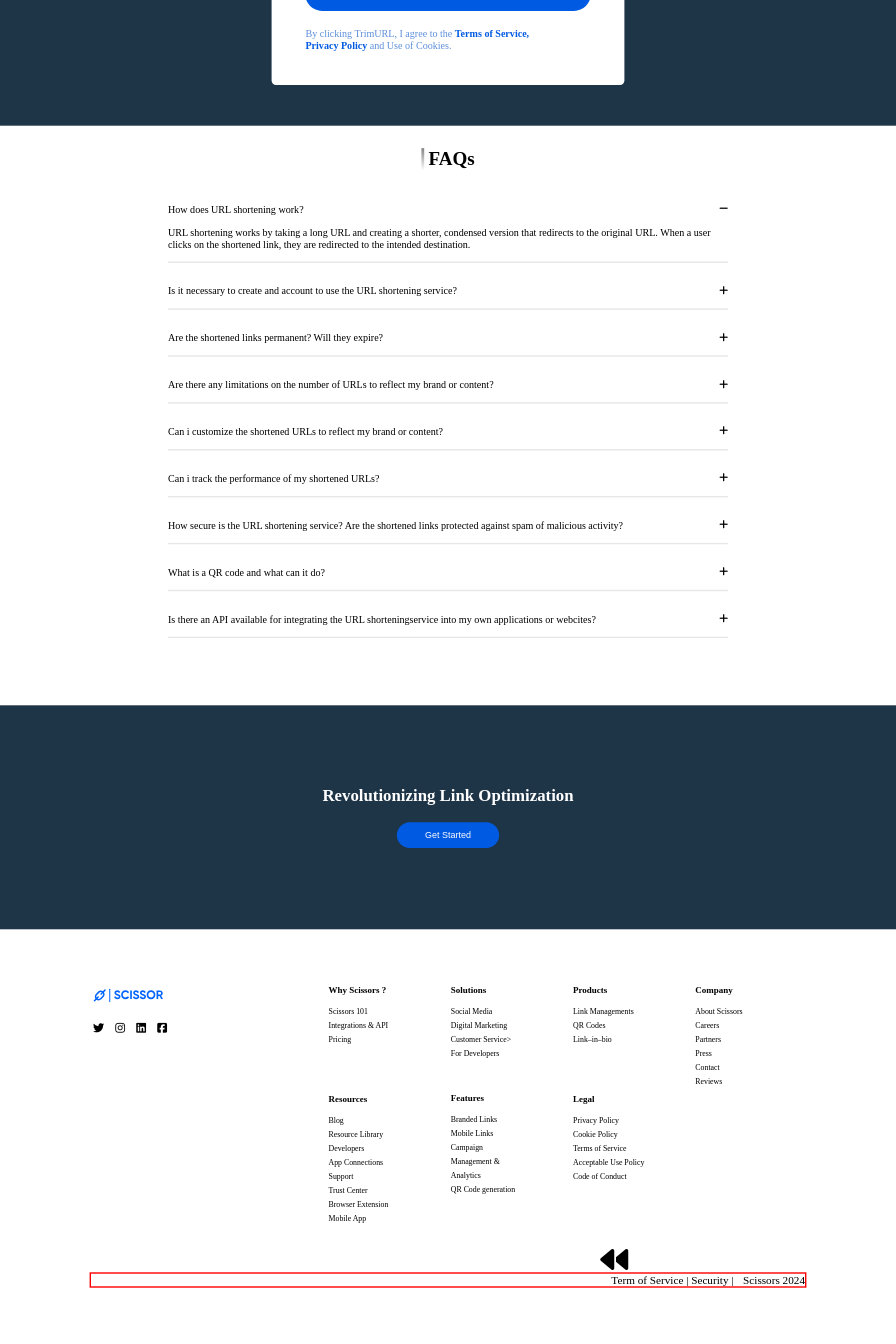
Repository: dark-txch/ass-1-6
Page: src/pages/scissors.html
An editor plug-in stored every save of this project. The page is shown before and after a run of saves, followed by the edit.
The browser window is 1280 px wide. The pictures show the part of the page from y = 2481 to 4401 px (the page is 4401 px tall), at 70% of full size.
Some web libraries are served in a nearby version.

Above is the page before, as saved 2024-11-29 15:37:22.

### src/pages/scissors.html
<html lang="en">
	<head>
		<meta charset="UTF-8" />
		<meta name="viewport" content="width=device-width, initial-scale=1.0" />

		<!--  main style link  -->
		<link rel="stylesheet" href="../styles/scissors/scissors.css" />

		<!--  media style link  -->
		<link rel="stylesheet" href="../styles/scissors/mediaq.css" />

		<!--  favicon  -->
		<link rel="icon" href="/assets/C-Favicon/Dark-favicon_io/favicon.ico" />

		<!--  font awesome  -->
		<script
			src="https://kit.fontawesome.com/5a7bfc222a.js"
			crossorigin="anonymous"
		></script>

		<!--  title  -->
		<title>Scissors</title>
	</head>

	<!--  body  -->
	<body>
		<main>
			<!--  header houses the nav section and  -->
			<section id="headSection">
				<nav id="navigationBlock">
					<!--  container for the img/svg -->
					<span class="imgBox">
						<img src="/assets/scissors/Logo.svg" alt="" />
					</span>
					<!--  -------------unordered list center ul -->
					<ul class="uL-center">
						<li>My URLs</li>
						<li>
							<span>Features</span>
							<i class="fa-solid fa-chevron-down"></i>
						</li>
						<li>Pricing</li>
						<li>Analytics</li>
						<li>FAQs</li>
					</ul>
					<!--  end ul -->
					<ul class="ul-end">
						<li>Log in</li>
						<li>Try for free</li>
					</ul>
				</nav>
				<!-- ------------------ header body div ----------------- -->
				<div id="headerBody">
					<h1 id="textCap">
						optimize your online experience with our advanced
						<span>URL shortening</span>
						solution
						<img src="/assets/scissors/Vector 3.svg" alt="" />
					</h1>
					<p>
						Personalized your shortened URLs to align with your brand identity.
						Utilize custom slugs, branded links, and domain customization
						options to reinforce your brand presence and enhance user
						engagement.
					</p>
					<div id="signupBlue">
						<span>Sign Up</span>
						<span>Learn more</span>
					</div>
				</div>
				<!-- --------------------------- One stop four section  -->
				<section id="oneStopFour">
					<div class="sideNote">
						<span
							><img src="/assets/scissors/Frame 1000001716.svg" alt=""
						/></span>
						<div class="paraContainer">
							<p>
								Seamlessly transform your long URLs into concise and shareable
								links with just few clicks.
							</p>
						</div>
					</div>
					<span><img src="/assets/scissors/Vector 2.png" alt="" /></span>
				</section>
				<!-- -------------------------One stop possibilities desk ---- -->
				<div id="oneStopFourDesk">
					<span>
						<img src="/assets/scissors/Rectangle 9.png" alt="Rectangle" />
					</span>
					<span>
						<img src="/assets/scissors/Ellipse 1.png" alt="Ellipse" />
					</span>
				</div>
			</section>

			<!-- -------------- One stop possibilities section --------------- -->
			<section id="oneStopFourPossibilities">
				<div class="oneStopFlex">
					<h2>one stop. <br />four <span>possibilities</span>&#46;</h2>
					<ul>
						<li>
							<h5>3m</h5>
							<p>Active Users</p>
						</li>
						<li>
							<h5>60m</h5>
							<p>Links &#38; QR <br />codes created</p>
						</li>
						<li>
							<h5>1B</h5>
							<p>Clicked &#38; Scanned <br />connection</p>
						</li>
						<li>
							<h5>300k</h5>
							<p>App Integrations</p>
						</li>
					</ul>
				</div>
				<!-- --------------------------Why choose scissors--------- -->
				<div id="whyScissors">
					<div class="scissors">
						<h2>Why choose <span>Scissors</span></h2>
						<p>
							Scissors is the hub of everything that as to do with your link
							management. We shorten your URLs, allow you to create custom ones
							for your personal, business, event usage. Our swift QR code
							creation, managementand usage tracking with advance analytics for
							all of these is second to none.
						</p>
					</div>
					<!--  --container next to 'Why choose scissors' -->
					<div id="scissors-side">
						<div id="box-1">
							<div class="box-1">
								<span><img src="/assets/scissors/Ellipse 2.svg" alt="" /></span>
								<span><img src="/assets/scissors/link-2.svg" alt="" /></span>

								<h5>URL Shortening</h5>
								<p>
									Scissors allows you to shorten URLs of your business, events.
									Shorten your URL at scale . URL redirects.
								</p>
							</div>
							<div class="box-1">
								<span><img src="/assets/scissors/Ellipse 2.svg" alt="" /></span>
								<span><img src="/assets/scissors/grid.svg alt="" /></span>

								<h5>QR Codes</h5>
								<p>
									Generate QR codes to your business, events. Bring your
									audience and customersto your doorstep with this scan and go
									solution.
								</p>
							</div>
						</div>
						<!--   -----box-2 of scissors side -->
						<div id="box-2">
							<div class="box-1">
								<span><img src="/assets/scissors/Ellipse 2.svg" alt="" /></span>
								<span><img src="/assets/scissors/edit.svg" alt="" /></span>

								<h5>Custom URLs</h5>
								<p>
									With scissors, you can create custom URLs, with the length you
									want&#33; A solution for socials and businesses.
								</p>
							</div>
							<div class="box-1">
								<span><img src="/assets/scissors/Ellipse 2.svg" alt="" /></span>
								<span><img src="/assets/scissors/activity.svg" alt="" /></span>

								<h5>Data Analytics</h5>
								<p>
									Receive data on the usage of either your shortened URL, custom
									URLs or generated QR codes . Embedded to monitor progress.
								</p>
							</div>
						</div>
					</div>
				</div>
			</section>
			<!-- -------------------------A price perfect section ---------- -->
			<section id="pricePerfect">
				<h2>A <span>price perfect</span> for your needs&#46;</h2>
				<p>
					From catering for your personal , business, events , social needs, you
					can be rest assured we have you in mind in our pricing.
				</p>
				<!-- ----------price range------- -->
				<div id="pricePerfect-range">
					<div class="basic">
						<h4>Basic</h4>
						<h5>Free</h5>
						<h6>Free plan for all users</h6>
						<ul>
							<li>Unlimited URL Shortening</li>
							<li>Basic Link Analytics</li>
							<li>Customizable Short Links</li>
							<li>Standard Support</li>
							<li>Ad&#8210;supported</li>
						</ul>
					</div>
					<div class="professional">
						<h4>Professional</h4>
						<h5>&#36;15&#47;month</h5>
						<h6>Ideal for business creators</h6>
						<ul>
							<li>Enhanced Link Analytics</li>
							<li>Custom Branded Domains</li>
							<li>Advanced Link Customization</li>
							<li>Priority Support</li>
							<li>Ad&#8210;free Experience</li>
						</ul>
					</div>
					<div class="teams">
						<h4>Teams</h4>
						<h5>&#36;25&#47;month</h5>
						<h6>Share with up to 10 users</h6>
						<ul>
							<li>Team Collaboration</li>
							<li>User Roles and Permission</li>
							<li>Enhanced Security</li>
							<li>API Acess</li>
							<li>Dedicated Account Manager</li>
						</ul>
					</div>
				</div>
				<div id="priceButton">
					<button>Get Custom Pricing</button>
					<button>Select Pricing</button>
				</div>
			</section>
			<!-- -----------------form section-------- -->
			<div id="formBox">
				<form action="">
					<!-- --------------input for URL paste -->
					<input
						type="text"
						name="paste url"
						id="pasteUrl"
						placeholder="Paste URL here&#46;&#46;&#46;"
					/>
					<!-- --------------select domain -->
					<div class="selectInput">
						<select name="choose domain" id="chooseDomain">
							<option value="" disabled selected>Choose Domain</option>
						</select>
						<!-- ----------------input for alias -->
						<input
							type="text"
							name="alias"
							id="typeAlias"
							placeholder="Type Alias here"
						/>
					</div>
					<!-- -------------------submit button -->
					<div id="trimUrl">
						<button class="trimUrl">Trim URL</button>
						<span>
							<img src="/assets/scissors/magic-wand-svgrepo-com.svg" alt="" />
						</span>
					</div>
					<!-- --------------terms and conditions -->
					<p>
						By clicking TrimURL, I agree to the
						<span>Terms of Service, Privacy Policy</span> and Use of Cookies.
					</p>
				</form>
			</div>
			<!-- ---------------------------FAQs  -------------->
			<section id="faqs">
				<h2>FAQs</h2>
				<ul>
					<!-- --------------FAQs unorderd list------ -->
					<li>
						<div class="twinP">
							<p>How does URL shortening work&#63;</p>
							<p>
								URL shortening works by taking a long URL and creating a
								shorter, condensed version that redirects to the original URL.
								When a user clicks on the shortened link, they are redirected to
								the intended destination.
							</p>
						</div>
						<span><i class="fa-solid fa-minus"></i></span>
					</li>
					<hr />
					<li>
						<p>
							Is it necessary to create and account to use the URL shortening
							service&#63;
						</p>
						<i class="fa-solid fa-plus"></i>
					</li>
					<hr />
					<li>
						<p>Are the shortened links permanent&#63; Will they expire&#63;</p>
						<i class="fa-solid fa-plus"></i>
					</li>
					<hr />
					<li>
						<p>
							Are there any limitations on the number of URLs to reflect my
							brand or content&#63;
						</p>
						<i class="fa-solid fa-plus"></i>
					</li>
					<hr />
					<li>
						<p>
							Can i customize the shortened URLs to reflect my brand or
							content&#63;
						</p>
						<i class="fa-solid fa-plus"></i>
					</li>
					<hr />
					<li>
						<p>Can i track the performance of my shortened URLs&#63;</p>
						<i class="fa-solid fa-plus"></i>
					</li>
					<hr />
					<li>
						<p>
							How secure is the URL shortening service&#63; Are the shortened
							links protected against spam of malicious activity&#63;
						</p>
						<i class="fa-solid fa-plus"></i>
					</li>
					<hr />
					<li>
						<p>What is a QR code and what can it do&#63;</p>
						<i class="fa-solid fa-plus"></i>
					</li>
					<hr />
					<li>
						<p>
							Is there an API available for integrating the URL
							shorteningservice into my own applications or webcites&#63;
						</p>
						<i class="fa-solid fa-plus"></i>
					</li>
					<hr />
				</ul>
			</section>
			<!-- --------------revolutioning link  -->
			<section id="getStarted">
				<h5>Revolutionizing Link Optimization</h5>
				<button>Get Started</button>
			</section>
			<!-- ----------------------------footer ------ -->
			<footer>
				<div class="footerFlex">
					<div id="footerIcons">
						<span><img src="/assets/scissors/Logo.svg" alt="" /></span>
						<ul>
							<li>
								<i class="fa-brands fa-twitter"></i>
							</li>
							<li>
								<i class="fa-brands fa-instagram"></i>
							</li>
							<li><i class="fa-brands fa-linkedin"></i></li>
							<li>
								<i class="fa-brands fa-square-facebook"></i>
							</li>
						</ul>
					</div>
					<!-- -------------------- footer left container------ -->
					<div id="footerSideCon">
						<!------------------------- twin div -->
						<div>
							<div class="footerH6">
								<h6>Why Scissors &#63;</h6>
								<ul>
									<li>Scissors 101</li>
									<li>Integrations &#38; API</li>
									<li>Pricing</li>
								</ul>
							</div>
							<div class="footerH6">
								<h6>Resources</h6>
								<ul>
									<li>Blog</li>
									<li>Resource Library</li>
									<li>Developers</li>
									<li>App Connections</li>
									<li>Support</li>
									<li>Trust Center</li>
									<li>Browser Extension</li>
									<li>Mobile App</li>
								</ul>
							</div>
						</div>
						<!--------------------- twin div -->
						<div>
							<div class="footerH6E">
								<h6>Solutions</h6>
								<ul>
									<li>Social Media</li>
									<li>Digital Marketing</li>
									<li>Customer Service></li>
									<li>For Developers</li>
								</ul>
							</div>
							<div class="footerH6">
								<h6>Features</h6>
								<ul>
									<li>Branded Links</li>
									<li>Mobile Links</li>
									<li>Campaign</li>
									<li>Management &#38;</li>
									<li>Analytics</li>
									<li>QR Code generation</li>
								</ul>
							</div>
						</div>
						<!-------------------------- twin div -->
						<div>
							<div class="footerH6">
								<h6>Products</h6>
								<ul>
									<li>Link Managements</li>
									<li>QR Codes</li>
									<li>Link&#8211;in&#8211;bio</li>
								</ul>
							</div>
							<div class="footerH6">
								<h6>Legal</h6>
								<ul>
									<li>Privacy Policy</li>
									<li>Cookie Policy</li>
									<li>Terms of Service</li>
									<li>Acceptable Use Policy</li>
									<li>Code of Conduct</li>
								</ul>
							</div>
						</div>
						<!-- ---------------------single last div -->
						<div>
							<div class="footerH6">
								<h6>Company</h6>
								<ul>
									<li>About Scissors</li>
									<li>Careers</li>
									<li>Partners</li>
									<li>Press</li>
									<li>Contact</li>
									<li>Reviews</li>
								</ul>
							</div>
						</div>
					</div>
				</div>
				<div id="copyright">
					<a href="/index.html">
						<i class="fa-solid fa-backward"></i>
					</a>
					Term of Service &#124; Security &#124; <span></span>Scissors 2024
				</div>
			</footer>
		</main>
	</body>
</html>

### src/styles/scissors/mediaq.css
/* ----------------------------Index media query--------------------------- */

@media screen and (max-width: 450px) {
	#navigationBlock {
		display: flex;
		flex-direction: column;
	}

	/* -------------------------Assignment 5 media query--------------------- */
}

Loaded but not shown: src/styles/scissors/scissors.css (736 lines, source omitted)

After the next 4 saves:
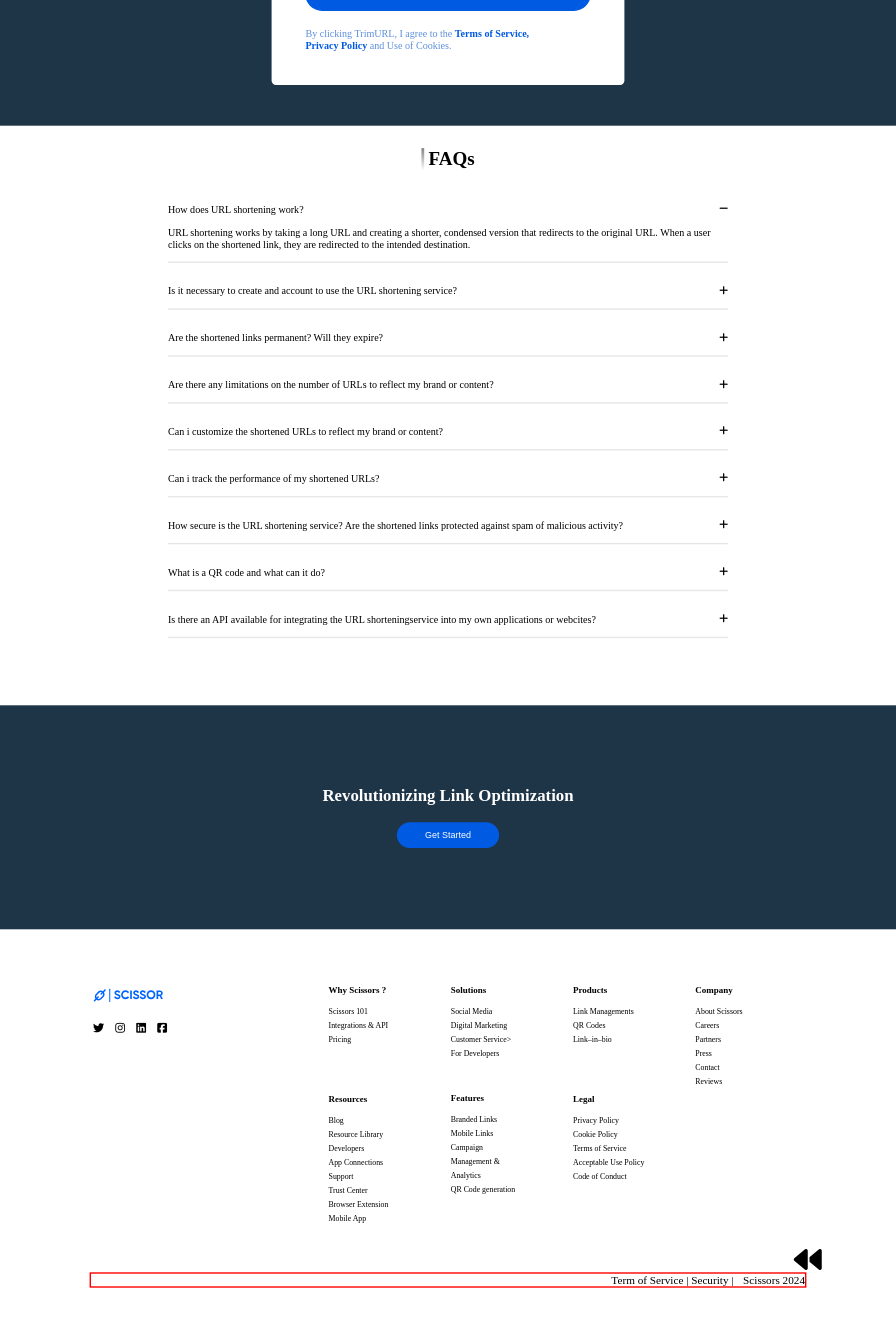
The 4 saves are shown as one change because they came seconds apart.
The last was saved 36 s later.
--- a/src/pages/scissors.html
+++ b/src/pages/scissors.html
@@ -453,9 +453,12 @@
 					</div>
 				</div>
 				<div id="copyright">
-					<a href="/index.html">
-						<i class="fa-solid fa-backward"></i>
-					</a>
+					<div>
+						<a href="/index.html">
+							<i class="fa-solid fa-backward"></i>
+						</a>
+					</div>
+
 					Term of Service &#124; Security &#124; <span></span>Scissors 2024
 				</div>
 			</footer>
